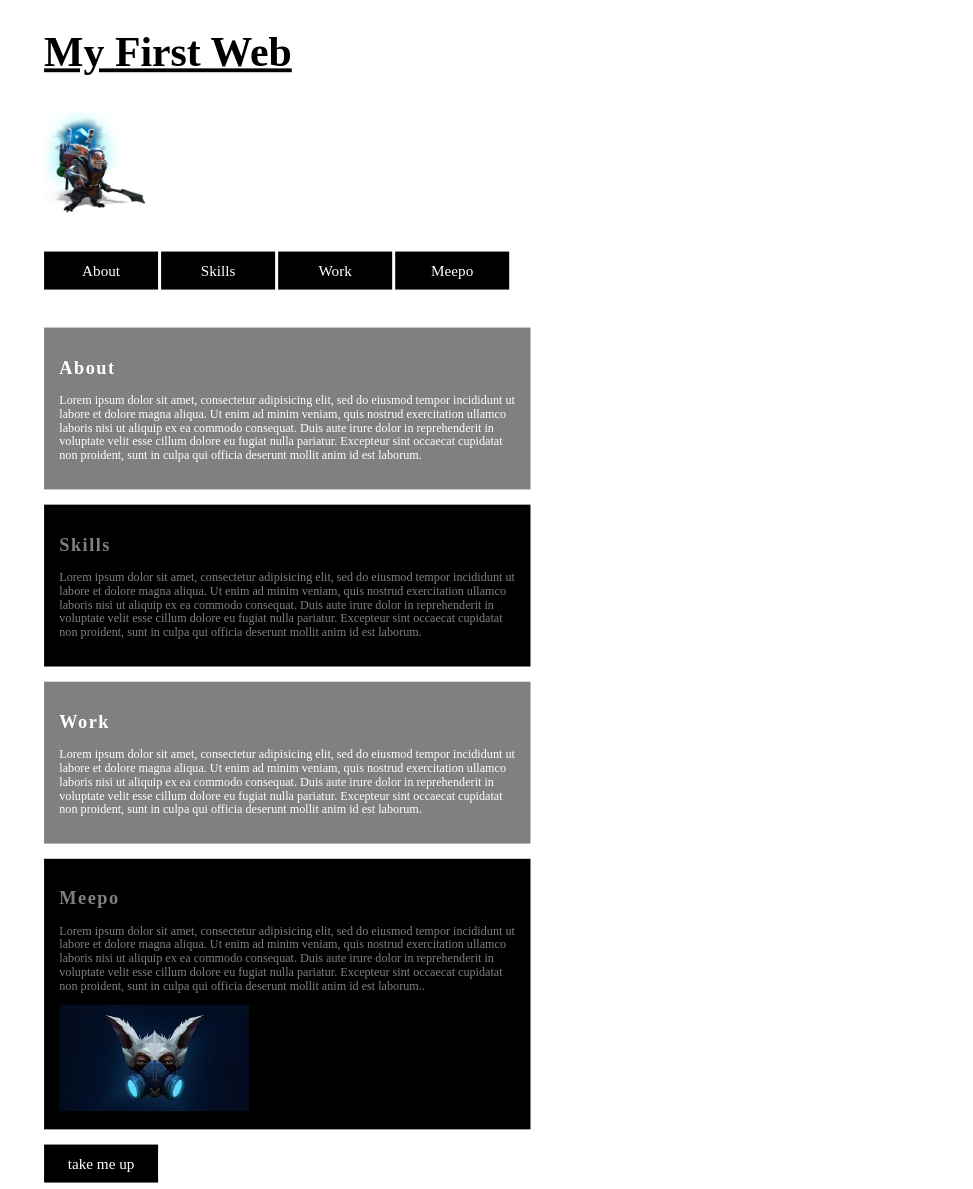
Repository: liav13/SchoolFirstWeb
Page: index.html
An editor plug-in stored every save of this project. The page is shown before and after the next save, followed by the edit.
The browser window is 1280 px wide. The pictures show the whole page, at 76% of full size.

Above is the page before, as saved 2019-05-13 18:51:17.

After the next save:
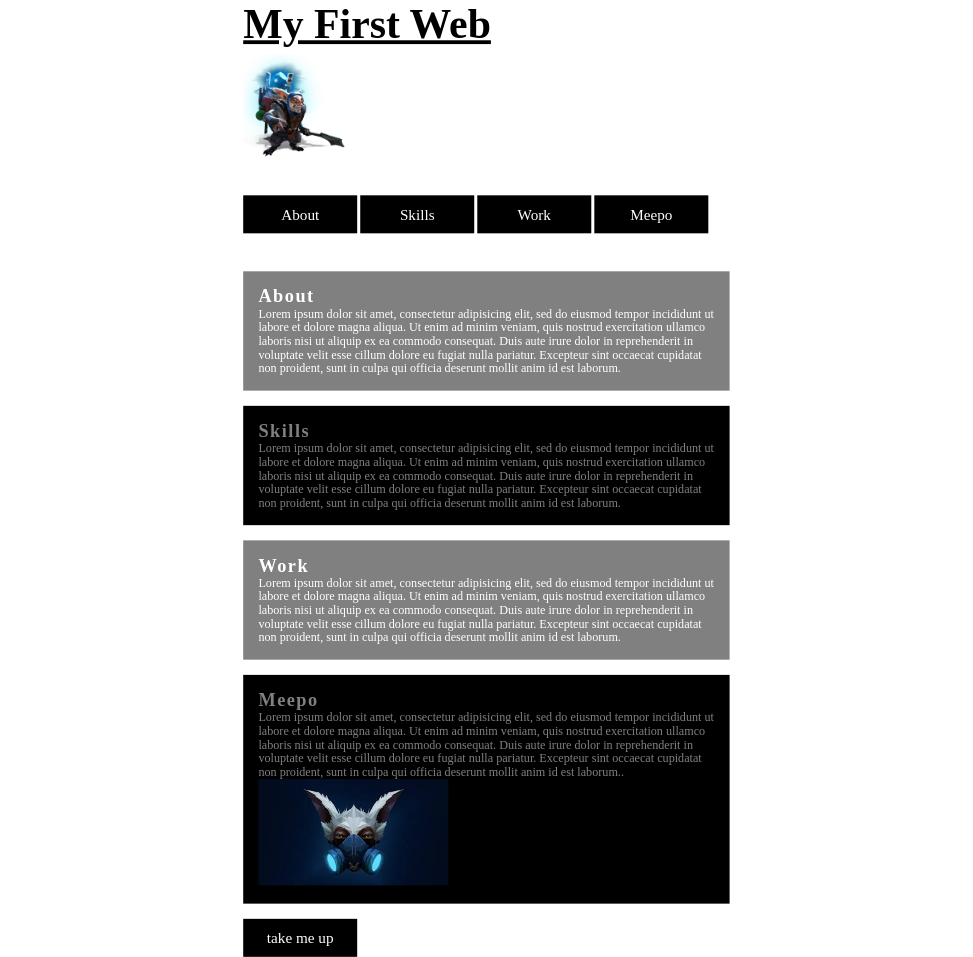
Saved 2 min 25 s later.
--- a/css/main.css
+++ b/css/main.css
@@ -1,3 +1,6 @@
+*{
+margin: 0 auto;
+}
 h1	{text-decoration: underline;
 	color:black;
 	font-size:55px;
